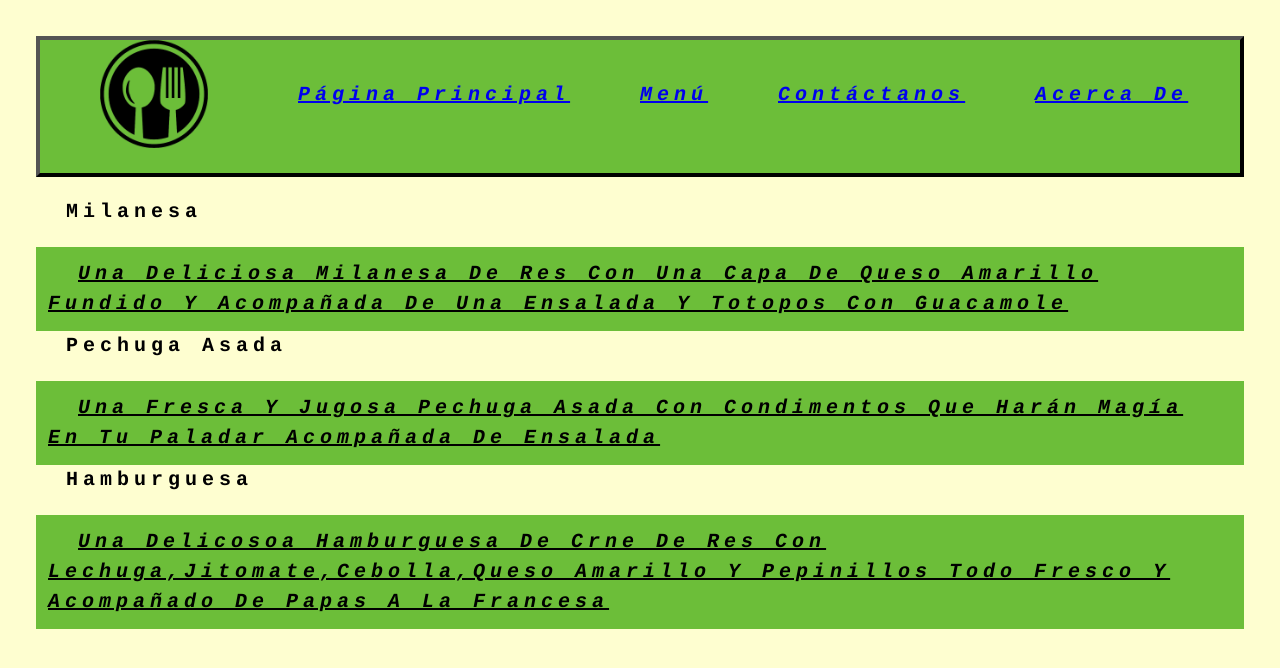
Repository: UVMCoyoacan/eq06_sitio1
Page: Carpeta docs/menu.html
An editor plug-in stored every save of this project. The page is shown before and after the next save, followed by the edit.
The browser window is 1280 px wide. The pictures show the whole page.

Above is the page before, as saved 2024-03-08 09:12:16.

### Carpeta docs/menu.html
<!DOCTYPE html>
<html>
    <head>
        <link rel="stylesheet" href="../Carpeta estilos/estilo1.css"/>
        <meta charset="utf-8" />
    </head>
    <body>
        <header id="parte_inicial" role="banner">
            <div class="encabezado" style="display: flex;   flex-wrap: wrap;">
                    <div style="flex-wrap:wrap ;">
                    <img width="108" height="108" src="../Carpeta ims/tres.png" onclick="redirigirIndex()" style="text-align: left; cursor:pointer;";>
                    </div>
            <div style="display: flex;   flex-wrap: wrap;">
            <ul >
                <li><a href="../index.html">Página principal</a></li>
                <li><a href="#">Menú</a></li>
                <li><a href="contactos.html">Contáctanos</a></li>
                <li style="float:right"><a class="active" href="acercade.html">Acerca de</a></li>
            </ul>
        </div>
            </div>

        </header>
        <div>
            <p>Milanesa</p>
            <li>Una deliciosa milanesa de res con una capa de queso amarillo fundido y acompañada de una ensalada y totopos con guacamole</li>
            <p>Pechuga asada</p>
            <li>Una fresca y jugosa pechuga asada con condimentos que harán magía en tu paladar acompañada de ensalada</li><br>
            <p>Hamburguesa</p>
            <li>Una delicosoa hamburguesa de crne de res con lechuga,jitomate,cebolla,queso amarillo y pepinillos todo fresco y acompañado de papas a la francesa</li>

         </div>
    </body>
    <script src="../Carpeta js/js1.js">
    </script>
</html>

### Carpeta estilos/estilo1.css
body{
  background-color:#fefec0be;
  font-size:20px;
  font-family:Courier;
  font-weight:bold;
  font-style:normal;
  line-height:30px;
  letter-spacing:5px;
  padding: 28px;
  text-transform:capitalize;
  text-align:left;
  text-indent:30px;

}
header{
  background-color:#6cbe39;
  font-size:20px;
  font-family:Courier;
  font-weight:bold;
  font-style:italic;
  line-height:60px;
  letter-spacing:5px;
  text-transform:capitalize;
  text-align:left;
  text-indent:60px;
  border-style: outset;
  border-color: #000000;
  border-width: .4ch;

}
li {
  display: inline;
  float: left;
  background-color:#6cbe39;
  font-size:20px;
  font-family:Courier;
  font-weight:bold;
  font-style:oblique;
  line-height:30px;
  letter-spacing:5px;
  text-decoration:underline;
  text-transform:capitalize;
  text-align:left;
  text-indent:30px;
  border-style:inherit;
  border-color: #303130;
  padding: 12px;
}


a {
  display: block;
  padding: 8px;
  background-color:#6cbe39;
}
.active {
  background-color:transparent;

}

#titulo{
  text-decoration: overline underline;
  font-size:30px;
  font-style:oblique;

}
ul {
  margin-left: auto;
}

### Carpeta js/js1.js
function redirigirIndex() {
    window.location.href = '#';
}

After the next save:
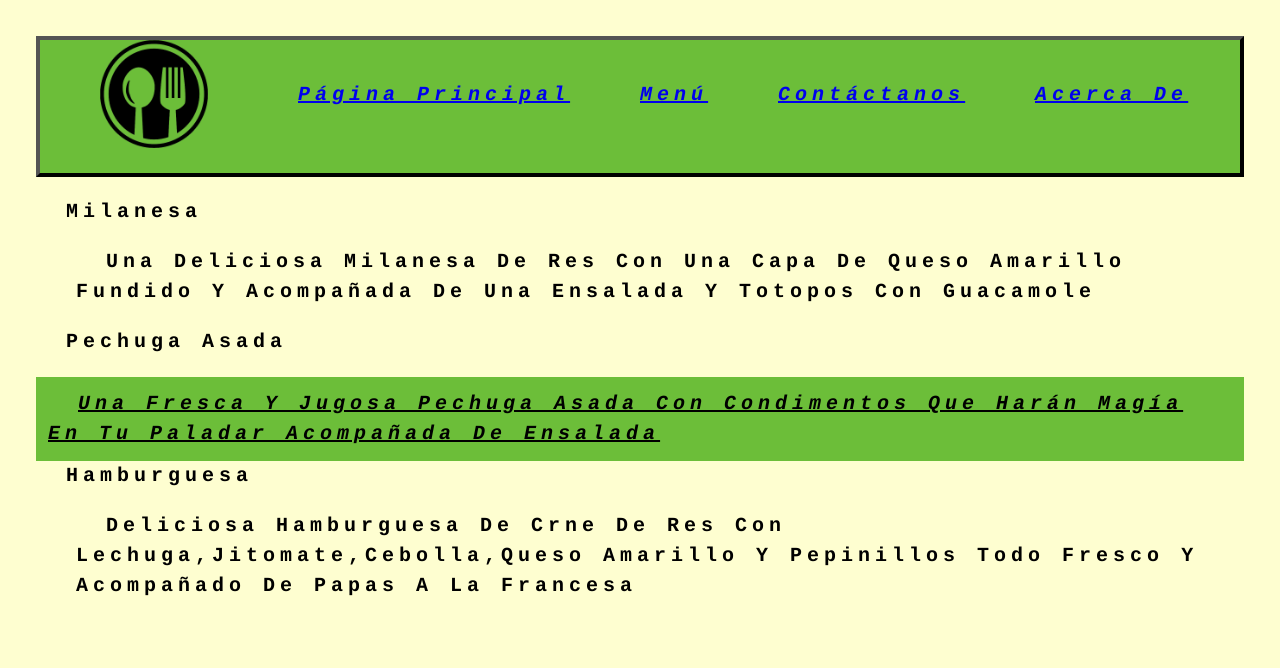
Saved 82 s later.
--- a/Carpeta docs/menu.html
+++ b/Carpeta docs/menu.html
@@ -23,11 +23,11 @@
         </header>
         <div>
             <p>Milanesa</p>
-            <li>Una deliciosa milanesa de res con una capa de queso amarillo fundido y acompañada de una ensalada y totopos con guacamole</li>
+            <ol>Una deliciosa milanesa de res con una capa de queso amarillo fundido y acompañada de una ensalada y totopos con guacamole</ol>
             <p>Pechuga asada</p>
             <li>Una fresca y jugosa pechuga asada con condimentos que harán magía en tu paladar acompañada de ensalada</li><br>
             <p>Hamburguesa</p>
-            <li>Una delicosoa hamburguesa de crne de res con lechuga,jitomate,cebolla,queso amarillo y pepinillos todo fresco y acompañado de papas a la francesa</li>
+            <ol>Deliciosa hamburguesa de crne de res con lechuga,jitomate,cebolla,queso amarillo y pepinillos todo fresco y acompañado de papas a la francesa</ol>
 
          </div>
     </body>
